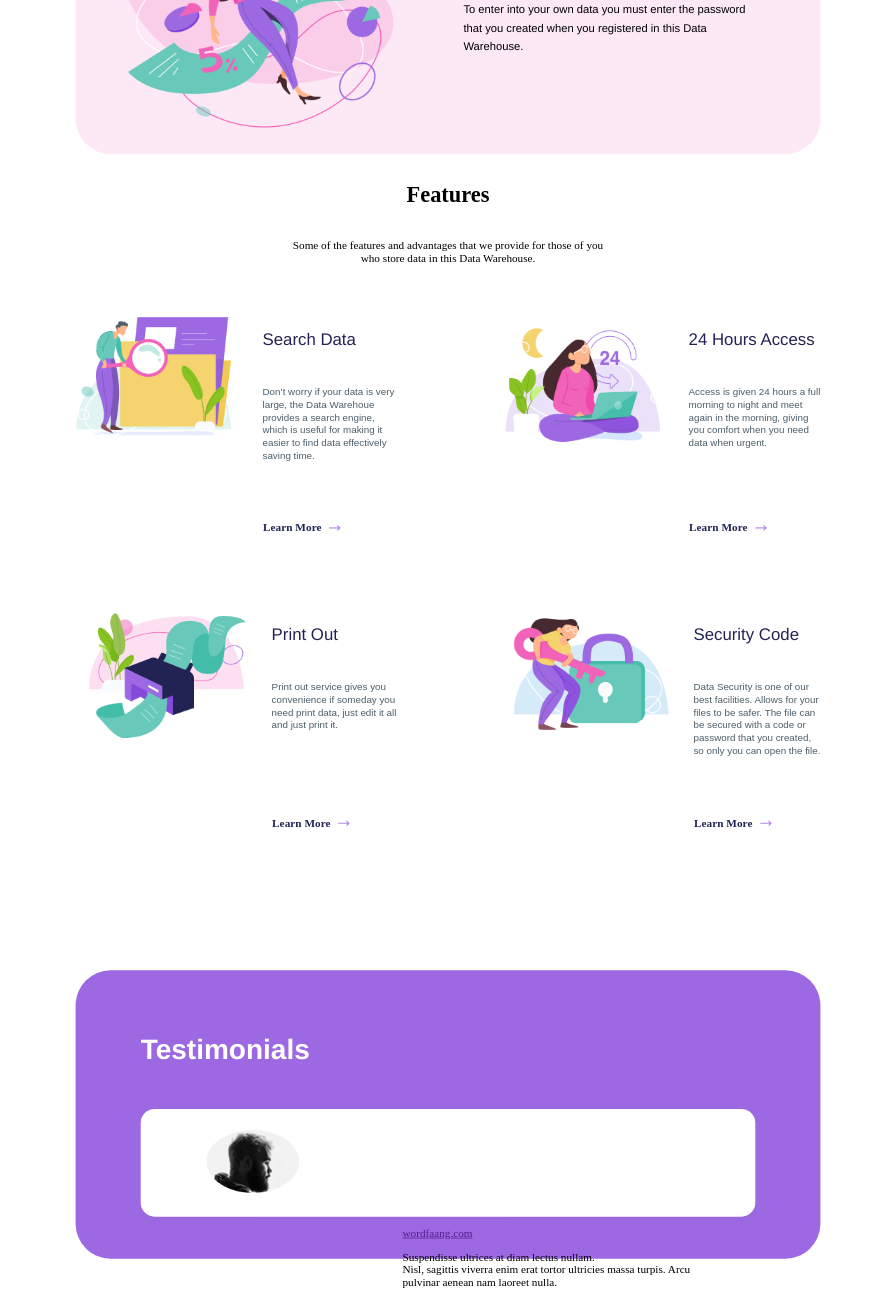
Repository: batonAnton/HW6_flexbox
Page: index.html
An editor plug-in stored every save of this project. The page is shown before and after the next save, followed by the edit.
The browser window is 1280 px wide. The pictures show the part of the page from y = 1113 to 3033 px (the page is 2981 px tall before and 3033 px after), at 70% of full size.
Some web fonts or font styles are not loaded; a fallback is used.

Above is the page before, as saved 2022-06-18 13:35:39.

### index.html
<!DOCTYPE html>
<html lang="en">
<head>
    <meta charset="UTF-8">
    <meta http-equiv="X-UA-Compatible" content="IE=edge">
    <meta name="viewport" content="width=device-width, initial-scale=1.0">
    <link href="http://fonts.cdnfonts.com/css/helvetica-neue-9" rel="stylesheet">
    <link rel="stylesheet" href="./fonts/Helvetica-Bold.ttf">
    <link rel="stylesheet" href="./fonts/AvenirLTStd-Black.otf">
    <link rel="stylesheet" href="./css/style.css">
    <title>FlexBox</title>
</head>
<body>
    <header>
        <div class="logo">
            <img src="./images/logo.png" alt="logo">
        </div>

        <nav>
            <ul>
                <li>
                    <a href="#">about</a>
                </li>
                <li>
                    <a href="#">help</a>
                </li>
                <li>
                    <a href="#">features</a>
                </li>
                <li>
                    <a href="#">signup</a>
                </li>
            </ul>
        </nav>

        <div class="header-btn">
            <div>
                <button>request demo</button>
            </div>
            <div class="btn-img">
                <img src="./images/right-arrow.png" alt="arrow-right" >
            </div>
        </div>
    </header>

    <div class="section allstyles">
        <div class="info">
            <h1>Save your data <br> storage here.</h1>
            <p>Data Warehouse is a data storage area that <br>has been
                tested for security, so you can store <br> your data here
                safely but not be afraid of <br> being stolen by others.</p>
            <button>Learn more</button>
        </div>

        <div class="section-img">
            <img src="./images/headerImg.png" alt="">
        </div>
    </div>

    <div class="section2 allstyles">
        <div class="sectin2-img">
            <img src="./images/assideimg.png" alt="assideimg">
        </div>

        <div class="section2-info">
            <h1>We are a high-level data <br> storage bank</h1>
            <p>
                The place to store various data that you can access at any <br> time through the internet  and where you can carry it. <br>
                This very flexible storage area has a high level of security. <br> To enter into your own data you must enter the password <br> that you created when you registered in this Data <br> Warehouse.
            </p>
        </div>
    </div>

    <div class="section3 allstyles">
        <h1 class="section3-header"> Features</h1>
        <p class="section3-header">Some of the features and advantages that we provide for those of you <br> who store data in this Data Warehouse.</p>

        <div class="row1">
            <div class="block">
                <img src="./images/section3/image1 1.png" alt="img">
                <div class="info">
                    <h1>Search Data</h1>
                <p>
                    Don’t worry if your data is very <br> large, the Data Warehoue <br> provides a search engine, <br> which is useful for making it <br> easier to find data effectively <br> saving time.
                </p>

                <div class="header-btn section3-btn">
                    <div>
                        <button>Learn more</button>
                    </div>
                    <div class="btn-img">
                        <img src="./images/right-arrow.png" alt="arrow-right" >
                    </div>
                </div>
                </div>

            </div>


            <div class="block">
                <img src="./images/section3/image2.png" alt="img">
                <div class="info">
                    <h1>24 Hours Access</h1>
                <p>
                    Access is given 24 hours a full <br> morning to night and
                    meet <br> again in the morning, giving <br> you comfort when
                    you need <br> data when urgent.
                </p>

                <div class="header-btn section3-btn">
                    <div>
                        <button>Learn more</button>
                    </div>
                    <div class="btn-img">
                        <img src="./images/right-arrow.png" alt="arrow-right" >
                    </div>
                </div>
                </div>

            </div>
        </div>

        <!-- row2 start -->

        <div class="row1 row2">
            <div class="block">
                <img src="./images/section3/image3 1.png" alt="img">
                <div class="info">
                    <h1>Print Out</h1>
                <p>
                    Print out service gives you <br> convenience if someday
                    you <br> need print data, just edit it all <br> and just print it.
                </p>

                <div class="header-btn section3-btn">
                    <div>
                        <button>Learn more</button>
                    </div>
                    <div class="btn-img">
                        <img src="./images/right-arrow.png" alt="arrow-right" >
                    </div>
                </div>
                </div>

            </div>


            <div class="block">
                <img src="./images/section3/image4 1.png" alt="img">
                <div class="info">
                    <h1>Security Code</h1>
                <p>
                    Data Security is one of our <br> best facilities. Allows for your <br> files
                    to be safer. The file can <br> be secured with a code or <br>
                    password that
                    you created, <br> so only you can open the file.
                </p>

                <div class="header-btn section3-btn">
                    <div>
                        <button>Learn more</button>
                    </div>
                    <div class="btn-img">
                        <img src="./images/right-arrow.png" alt="arrow-right" >
                    </div>
                </div>
                </div>

            </div>
        </div>
    </div>

    <div class="section4 allstyles">
        <h1>Testimonials</h1>

        <div class="block">
            <img src="./images/section3/section4.png" alt="img">
            <div class="info">
                <h1>John Fang </h1>
                <a href="">wordfaang.com</a>
                <p>
                    Suspendisse ultrices at diam lectus nullam. <br>
                    Nisl, sagittis viverra enim erat tortor ultricies massa turpis. Arcu <br> pulvinar aenean nam laoreet nulla.
                </p>
            </div>
        </div>
    </div>
</body>
</html>

### css/style.css
body {
  box-sizing: border-box;
  font-family: "Avenir";
}

.allstyles{
    margin: 70px 100px;
}

header {
  display: flex;
  margin: 30px 100px;
  justify-content: space-between;
  /* border: 1px solid gray; */
 font-family: Arial, Helvetica, sans-serif;
  font-size: 16px;
}


nav {
  margin-right: 40%;
}

nav ul {
  display: flex;
  list-style: none;
  color: #4b5d68;
}

nav ul li a {
  text-decoration: none;
  padding-left: 20px;
  text-transform: capitalize;
}

.header-btn {
  display: flex;
  justify-content: center;
}


.header-btn button {
  padding: 15px 30px 15px 15px;
  text-transform: capitalize;
  border: none;
  border-radius: 50px;
  background: #ffffff;
  box-shadow: 0px 5px 5px rgb(75 93 104 / 15%);
  width: 210px;
  color: #212353;
  font-size: 16px;
  font-weight: 800;
  line-height: 100%;
  letter-spacing: 0.005em;
}

.btn-img {
  margin-left: -35px;
  padding-left: -15px;
  align-self: center;
}

button img {
  padding-top: 5px;
  margin-left: 5px;
}

button:hover {
  border: 1px solid rgba(156, 105, 226, 1);
  text-decoration: underline;
}

.section {
  display: flex;
  position: relative;
  height: 600px;
  overflow: hidden;
}


.info {
  width: 50%;
}

.section h1 {
  font-style: normal;
  font-weight: 700;
  font-size: 4rem;
  line-height: 110%;
  font-family: "Helvetica Neue", sans-serif;
  color:#212353;
  font-weight: 700;
}



.section p {
  font-family: 'Avenir', Helvetica, sans-serif;
  font-style: normal;
  font-weight: 500;
  font-size: 16px;
  line-height: 28px;
  margin-top: 50px;
  margin-bottom: 50px;
}

.section-img {
  position: absolute;
  bottom: 1%;
  right: -13%;
}
.section-img img {
  width: 84%;
}

.info button{
    font-family: 'Avenir', Helvetica, sans-serif;
    font-style: normal;
    font-weight: 700;
    font-size: 18px;
    line-height: 160%;
    background-color: #9C69E2;
    border-radius: 50px;
    color: #ffffff;
    width: 170px;
    height: 60px;
    border: none;
    cursor: pointer;
}


.section2{
    display: flex;
    justify-content: space-between;
    background: rgba(240, 99, 184, 0.15);
    border-radius: 50px;
    font-family: 'Avenir', Helvetica, sans-serif;
}

.section2 h1{
    font-style: normal;
    font-weight: 700;
    font-size: 40px;
    line-height: 130%;
    color: #212353;
}

.section2 p{
    font-family: 'Avenir', Helvetica, sans-serif;
font-style: normal;
font-weight: 400;
font-size: 16px;
line-height: 160%;
}

.section2-info{
    padding:55px;
}


.section3-header{
    text-align: center;
    margin: -30px 0 75px 0;
}

.row1{
    display: flex;
    justify-content: space-between;
}

.row1 .block img{
    float: left;
}

.section3 .info{
  float: right;
  width: auto;
  margin-left: 35px;
}

.section3 .info h1{
  font-family: 'Helvetica';
font-style: normal;
font-weight: 400;
font-size: 24px;
line-height: 130%;
color: #212353;
}

.section3 .info p{
  font-family: 'Avenir',  sans-serif;
font-style: normal;
font-weight: 200;
font-size: 14px;
line-height: 130%;
color: #4B5D68;
margin-top: 50px;
/* margin-bottom: 50px; */
height: 160px;
}

.section3 .section3-btn button{
  padding:0;
  color: #212353;
  box-shadow: none;
  background-color: #ffffff;
  font-family: 'Avenir';
  font-style: normal;
  font-weight: 900;
  font-size: 16px;
  line-height: 160%;
  letter-spacing: 0.005em;
  width:85px;
}

.section3 .header-btn{
  display: flex;
  justify-content: flex-start;
}

.section3 .btn-img{
  margin-left: 10px;
}

.row2{
  margin: 90px 0  180px 0;
}

.section4{
  /* height: 709px; */
  background-color: #9C69E2;
  border-radius: 50px;
  padding: 60px 93px;
}

.section4 h1{
  font-family: 'Helvetica';
  font-style: normal;
  font-weight: 700;
  font-size: 40px;
  line-height: 130%;
  color: #FFFFFF;
  margin-bottom: 60px;
}

.section4 .block{
  background-color: #FFFFFF;
  box-shadow: 0px 20px 0px rgba(156, 105, 226, 0.3);
  border-radius: 20px;
  padding: 30px 93px;
}

.section4 .info{
  float: right;
  width: auto;
}

.section4 h1

After the next save:
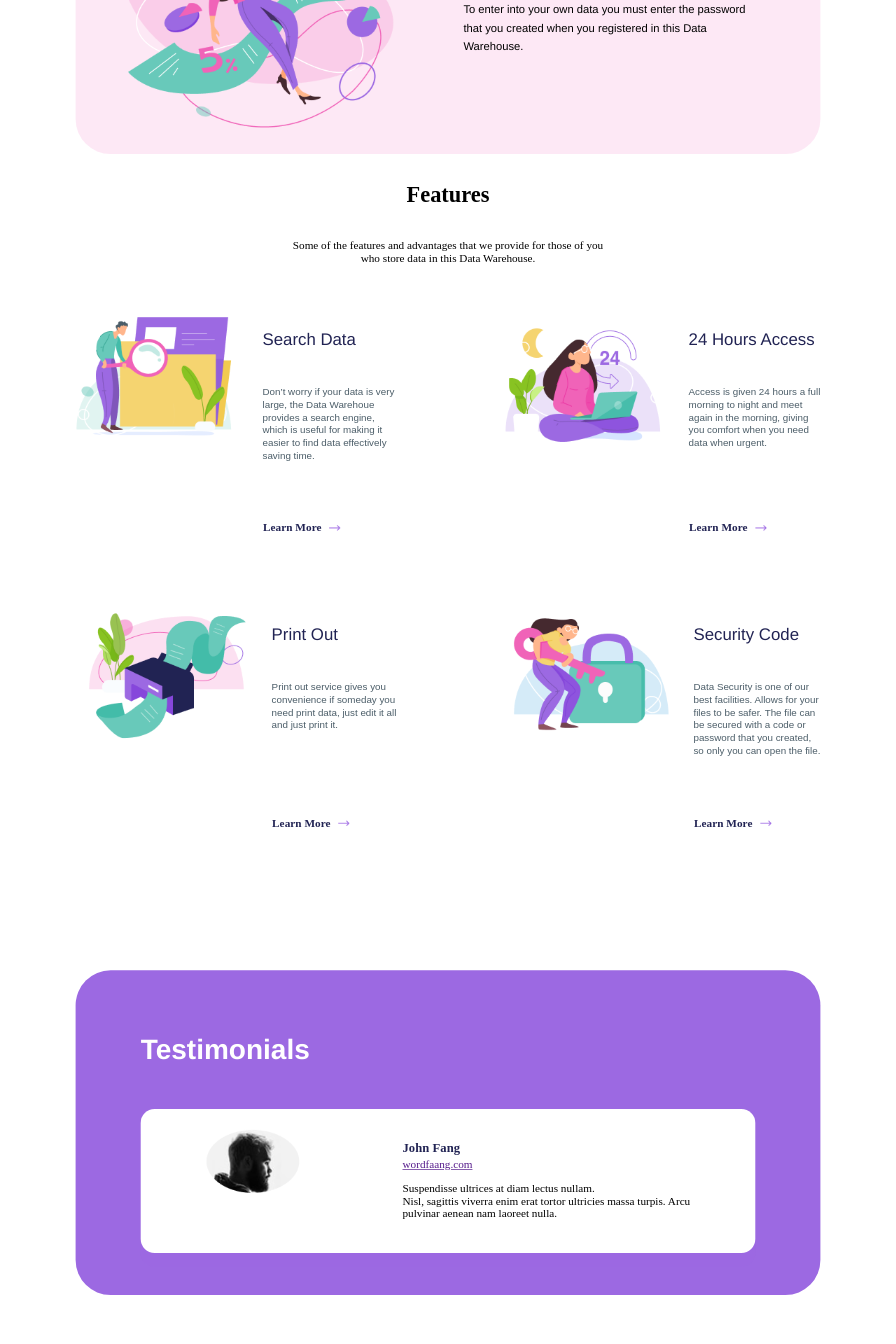
Saved 5 min 5 s later.
--- a/css/style.css
+++ b/css/style.css
@@ -247,7 +247,7 @@ height: 160px;
   background-color: #FFFFFF;
   box-shadow: 0px 20px 0px rgba(156, 105, 226, 0.3);
   border-radius: 20px;
-  padding: 30px 93px;
+  padding: 30px 93px 82px 93px;
 }
 
 .section4 .info{
@@ -255,4 +255,13 @@ height: 160px;
   width: auto;
 }
 
-.section4 h1
+.section4 .info h1{
+font-family: 'Avenir';
+font-style: normal;
+font-weight: 900;
+font-size: 18px;
+line-height: 160%;
+letter-spacing: 0.005em;
+color: #212353;
+margin-bottom: 0;
+}
